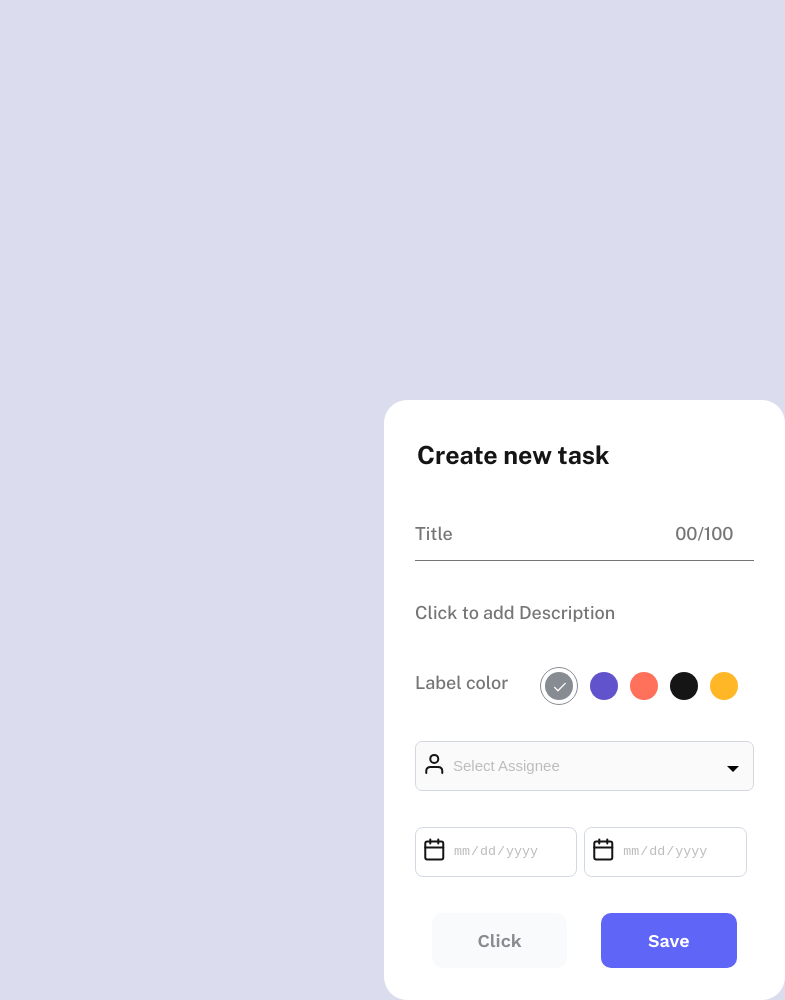
Repository: MorgunovaAlexandra/verstka-form
Page: index.html
An editor plug-in stored every save of this project. The page is shown before and after a run of saves, followed by the edit.
The browser window is 768 px wide. The page is 785 px wide, so the pictures cover 785 px, including what lies to the right of the window. The pictures show the whole page.
The style sheet was rebuilt from its Sass, Less or Tailwind sources for each picture, by a compiler version that may differ from the author's.

Above is the page before, as saved 2022-06-24 17:17:47.

### index.html
<!DOCTYPE html>
<html lang="ru">
<head>
    <meta charset="UTF-8">
    <meta http-equiv="X-UA-Compatible" content="IE=edge">
    <meta name="viewport" content="width=device-width, initial-scale=1.0">
    <link rel="stylesheet" href="./css/style.css">
    <title>Document</title>
</head>
<body>
    <div class="wrapper">
       <form class="form">

           <div class="fieldset">
            <legend><b>Create new task</b></legend>
            <div class="form__container __container">
            <div class="text-field">
                <input class="text-field__input" type="text" name="firstname" id="firstname" value=""
                >
                <label class="text-field__label" for="username">Title</label>
                <label class="text-field__label2" for="username">00/100</label>
              </div>
              <div class="form-field__text">Click to add Description</div>
              <div class="form-fied__color field-color">
                  <div class="field-color__text">Label color</div>
                  <div class="field-color__color circle">
                      <div class="circle__border">
                          <div class="circle__color grey">
                              <img class="circle__img" src="./img/done.svg">
                          </div>
                      </div>
                      <div class="circle__color purple"></div>
                      <div class="circle__color red"></div>
                      <div class="circle__color black"></div>
                      <div class="circle__color yellow"></div>
                  </div>
              </div>
              <div class="form-field__select">
                  <div class="select__arrow">
                    <select name="select-category" id="" class="select">
                        <option value="1">Select Assignee</option>
                        <option value="2">Select Assignee</option>
                        <option value="3">Select Assignee</option>
                      </select>
                  </div>
              </div>
              <div class="form-field__date">
                  <div class="data-form">
                    <input class="input" type="date"></input>
                  </div>
                  <div class="data-form">
                    <input class="input" type="date"></input>
                  </div>
              </div>
              <div class="form-field__sibmit submit">
                  <input class="submit__click" type="submit" value="Click">
                  <input class="submit__click save-blue" type="submit" value="Save">
              </div>

              <!-- <div class="form-field__date">
                <div class="form-group">
                    <div class="input-group" id="datetimepicker2">
                      <input type="text" class="form-control" />

                    </div>
                  </div>
              </div> -->
              </div>
           </div>
        </form>
    </div>

    <script src="./script.js"></script>
</body>
</html>

### script.js
 document.getElementById ('firstname').onkeydown=keyDown

function keyDown(){
    let str=document.getElementById ('firstname').value;

    console.log(str.length)
    document.querySelector('.text-field__label2').innerHTML=`${str.length}/100`
}

### scss/style.scss
@import "variables";
@import "mixins";
@import url('https://fonts.googleapis.com/css2?family=Public+Sans:wght@500;700&display=swap');
@import url('https://fonts.googleapis.com/css2?family=Work+Sans:wght@600&display=swap');
body {
   background-color: $ColorBody;
   font-family:$fontFamily ;
   font-weight: $fontWaight;
   line-height: $lineHeight;
   font-size: $fontSize;
   color:$ColorGrey;
}
.__container{
    padding-left: 31px;
    padding-right: 31px;
}
.form{
    width: 495.55px;
    height: 613.21px;
    background-color: white;
    border-radius: 23px;
    box-sizing: border-box;
    position: fixed; top: 50%; left: 50%;
    -webkit-transform: translate(-50%, -50%);
    -ms-transform: translate(-50%, -50%);
    transform: translate(-50%, -50%);
}
legend{
    margin-top: 40px;
    margin-left: 31px;
    font-weight: 700;
    font-size: 25px;
    color:$ColorBlack;
}
.text-field{
    position: relative;
    display: flex;
    justify-content: center;
    margin-top: 46px;
    margin-bottom: 36px;

}
.text-field__input{
    width: 100%;
    height: 40px;
    border: none;
    border-bottom: 1px solid $ColorGrey ;
    padding-left: 60px;
    color:#566789;
    font-size: 18px;
 }

.text-field__input:focus + .text-field__label{
  top:-23px;
}
.text-field__label{
   position: absolute;
   left: 0px;


}
.text-field__label2{
    position: absolute;
    right: 20px;
}
.form-field__text{
    margin-bottom: 38px;
}
.form-fied__color{
    display: flex;
    justify-content: flex-start;
    margin-bottom: 36px;
}
.field-color__text{
margin-right: 32px;
}
.field-color__color{
    display: flex;
   align-items: center;
}

.circle__border{
    position: relative;
    width: 36px;
    height: 36px;
    border-radius: 50%;
    border: 1px solid #878C93;
}
.grey{
    position: absolute;
    width: 28px;
    height: 28px;
    top:4px;
    left: 4px;
    border-color: #878C93;
    border-radius: 50%;
    z-index: 30;

    background-color:
    #878C93;
}
.circle__img{
    position: absolute;
    top:10px;
    left: 8px;
}
.circle__color{
    width: 28px;
    height: 28px;
    border-radius: 50%;
    margin-right:12px ;
}
.purple{
    background-color: #6153CC;
    margin-left: 12px;
}
.red{
    background-color:#FF715B;
}
.black{
    background-color:$ColorBlack;
}
.yellow{
    background-color:#FFB627;
    margin-right:0px ;
}
.select{
    appearance: none;
    border: 1px solid #566789;
    opacity: 26%;
    width: 100%;
    height: 50px;
    border-radius: 7px;
    cursor: pointer;
    padding-left: 37px;
    padding-top: 15px;
    padding-bottom: 16px;
    padding-right: 35px;
    font-size: 15px;

}
.select__arrow{
    position: relative;
}
.select__arrow::after{
content: "";
position: absolute;
top:50%;
right: 15px;
transform: translateY(-50%);
display: block;
width: 12px;
height: 6px;

pointer-events: none;

width: 0;
height: 0;
border-style: solid;
border-width: 6px 6px 0 6px;
border-color: #000000 transparent transparent transparent;
border-style: inset;
-webkit-transform:rotate(360deg);


}
.select__arrow::before{
content: "";
position: absolute;
top:20%;
left: 7px;
background: no-repeat url("../img/user.svg");
width: 34px;
height: 30px;
display: block;
z-index: 44;

}
.data-form{
    margin-top: 36px;
    margin-bottom: 36px;
    position: relative;
    width: 100%;
}
.form-field__date{
    display: flex;
    justify-content: space-between;

}
.data-form::before{
    content: "";
    position: absolute;
    top:20%;
    left: 7px;
    background: no-repeat url("../img/calendar.svg");
    width: 34px;
    height: 30px;
    display: block;
    z-index: 44;

}
.input{
    box-sizing: border-box;
    width: 96%;
    height: 50px;
    border: 1px solid #566789;
    opacity: 26%;
    border-radius: 7.86px;
    padding-left:37px ;
}

.input::-webkit-calendar-picker-indicator{
        display: none;
    }

.input[type="date"]::-webkit-input-placeholder{
        visibility: hidden !important;
    }



.submit__click{
   color:$colorBlackGray;
    opacity: 50%;
    font-weight: 600;
    font-size: 18px;
    font-family: 'Work Sans', sans-serif;
    background-color: #F5F7FB;
    }

.form-field__sibmit{
    display: flex;
    justify-content: space-around;
}
.submit__click{
    width: 40%;
    height: 55px;
    border-radius: 10px;
    border: none

}
.save-blue{
    background-color: #5F65F6;
    opacity: 100%;
    color:white;
}



/* media for 768*/
@media(max-width:768px){
    .form{
    width: 400.55px;
    height: 600.21px;
    position: absolute;
    -webkit-transform: none; /* Safari and Chrome */
       -moz-transform: none; /* Firefox */
        -ms-transform: none; /* IE 9 */
         -o-transform: none; /* Opera */
            transform: none;
    }
}

### scss/variables.scss
$bgColor: green;
$fontFamily:'Public Sans', sans-serif;
$fontWaight:500;
$fontSize:18px;
$lineHeight:31.86px;
$ColorBody:#DBDCEE;
$ColorBlack:#151515;
$ColorGrey:#757575;
$colorBlackGray: #151920

### scss/mixins.scss
@mixin vov($color) {
    font-size: 30px;
    background-color:$color ;
}

After the next 2 saves:
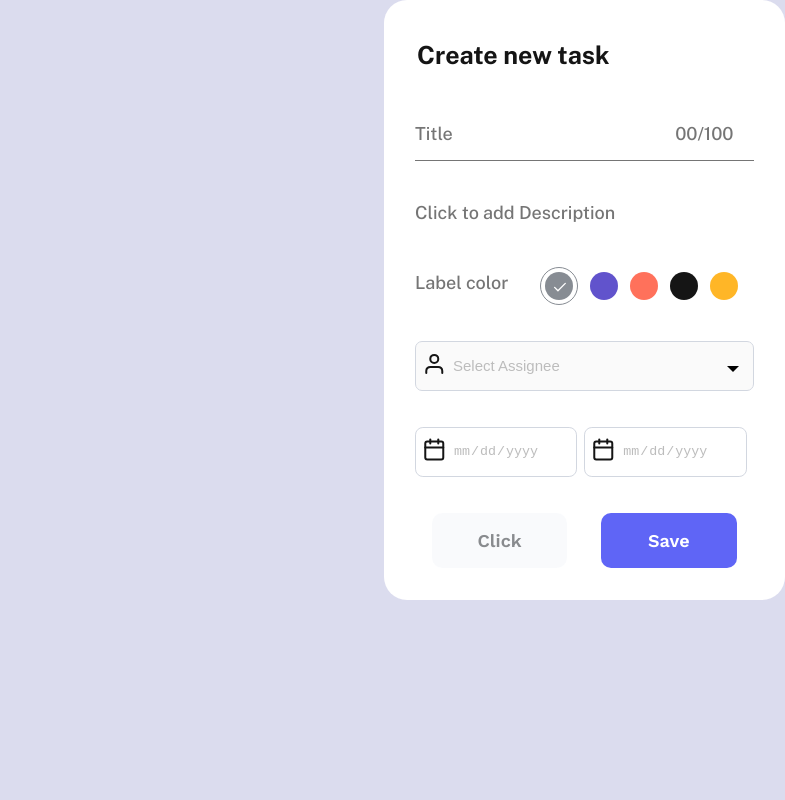
The 2 saves are shown as one change because they came seconds apart.
The last was saved 46 s later.
--- a/scss/style.scss
+++ b/scss/style.scss
@@ -253,6 +253,8 @@ z-index: 44;
     width: 400.55px;
     height: 600.21px;
     position: absolute;
+    top:0px;
+
     -webkit-transform: none; /* Safari and Chrome */
        -moz-transform: none; /* Firefox */
         -ms-transform: none; /* IE 9 */
